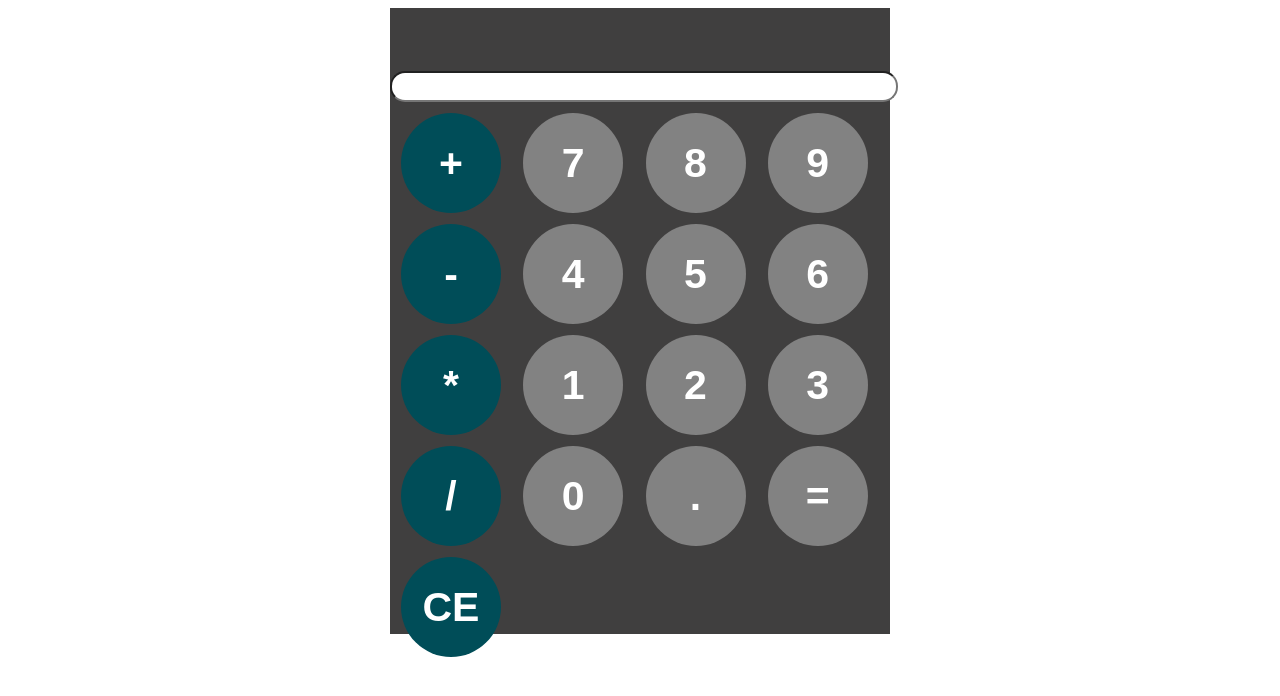
Repository: rkrukshan/JS-Calculator
Page: index.html
These files come from the project's save history. The page is drawn as it stood at one moment and after the next save; the edit follows.
The browser window is 1280 px wide. The pictures show the whole page.

Above is the page before, as saved 2024-09-02 13:53:23.

### index.html
<!DOCTYPE html>
<html lang="en">

<head>
    <meta charset="UTF-8">
    <meta name="viewport" content="width=device-width, initial-scale=1.0">
    <title>Document</title>
    <link rel="stylesheet" href="style.css">
</head>

<body>
    <div id="calculator">
        <input id="screen" readonly>
        <div id="buttons">

            <button class="operator" onclick="appendScreen('+')">+</button>
            <button onclick="appendScreen('7')">7</button>
            <button onclick="appendScreen('8')">8</button>
            <button onclick="appendScreen('9')">9</button>
            <button class="operator" onclick="appendScreen('-')">-</button>
            <button onclick="appendScreen('4')">4</button>
            <button onclick="appendScreen('5')">5</button>
            <button onclick="appendScreen('6')">6</button>
            <button class="operator" onclick="appendScreen('*')">*</button>
            <button onclick="appendScreen('1')">1</button>
            <button onclick="appendScreen('2')">2</button>
            <button onclick="appendScreen('3')">3</button>
            <button class="operator" onclick="appendScreen('/')">/</button>
            <button onclick="appendScreen('0')">0</button>
            <button onclick="appendScreen('.')">.</button>
            <button onclick="appendScreen('=')">=</button>
            <button class="operator" onclick="appendScreen('CE')">CE</button>


        </div>
    </div>
</body>

</html>

### style.css
#calculator {
  display: flexbox;
  align-items: center;
  height: 100vh;
  justify-content: center;
  border: none;
  max-width: 500px;
  max-height: 500px;
  margin: auto;
  padding: 5% 0;
  background-color:hsl(0, 1%, 25%);
}
#screen {
  width: 100%;
  height: 5%;
  color: white;
  border-radius: 15px;
}
#buttons {
  display: grid;
  grid-template-columns: repeat(4, 1fr);
  align-items: center;
  justify-content: center;
  gap: 11px;
  padding: 11px;
}
button {
  width: 100px;
  height: 100px;
  border-radius: 50px;
  color: white;
  background-color: hsl(0, 0%, 51%);
  font-size: 41px;
  font-weight: bold;
  cursor: pointer;
  border: none;
}
button:active {
  background-color: hsl(0, 1%, 45%);
  box-shadow: 1px 1px 15px rgb(100, 206, 241);
}

.operator {
  background-color: rgb(0, 77, 88);
}
.operator:active {
  background-color: hsla(188, 96%, 22%, 0.466);
  box-shadow: 1px 1px 15px rgb(100, 206, 255);
}

After the next save:
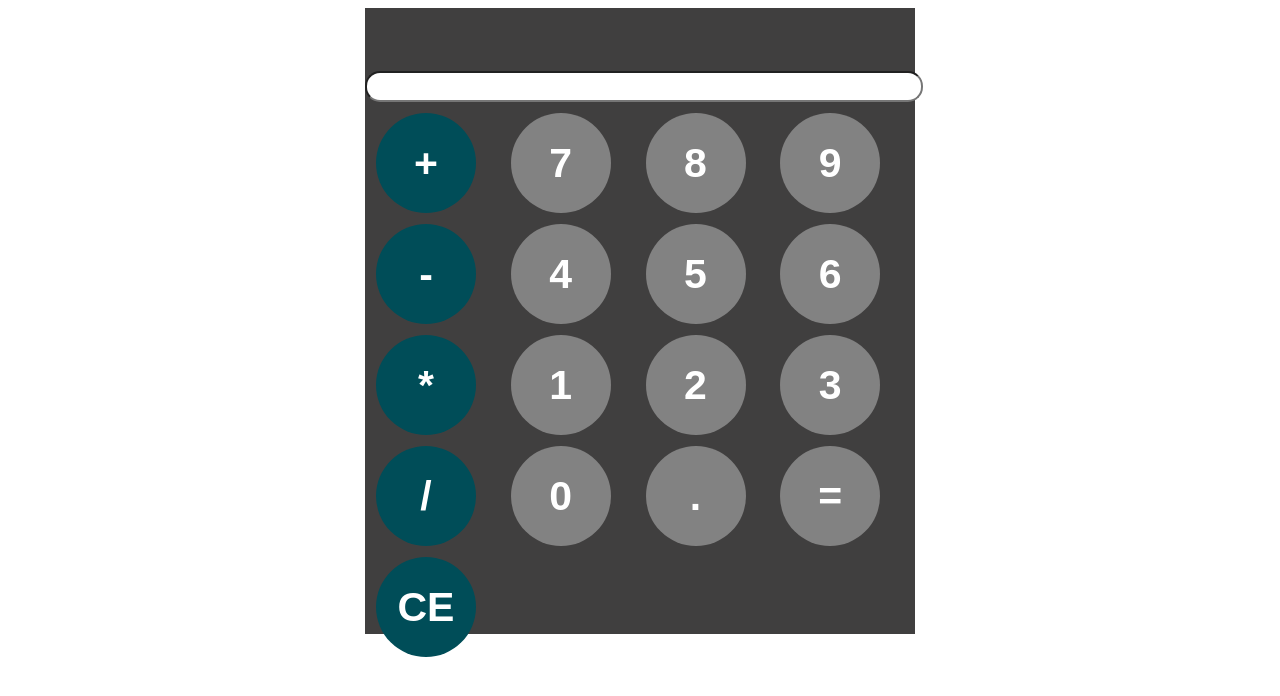
Saved 12 s later.
--- a/style.css
+++ b/style.css
@@ -4,7 +4,7 @@
   height: 100vh;
   justify-content: center;
   border: none;
-  max-width: 500px;
+  max-width: 550px;
   max-height: 500px;
   margin: auto;
   padding: 5% 0;

After the save that followed:
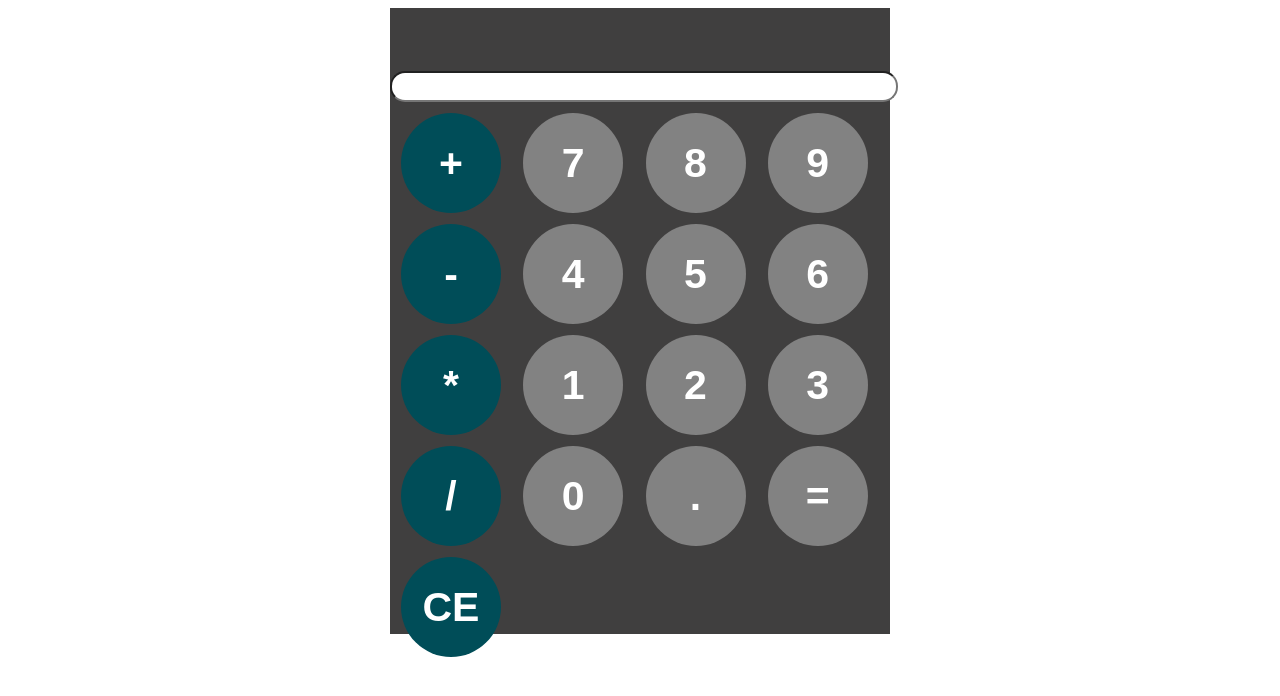
Saved 5 s later.
--- a/style.css
+++ b/style.css
@@ -4,7 +4,7 @@
   height: 100vh;
   justify-content: center;
   border: none;
-  max-width: 550px;
+  max-width: 500px;
   max-height: 500px;
   margin: auto;
   padding: 5% 0;
